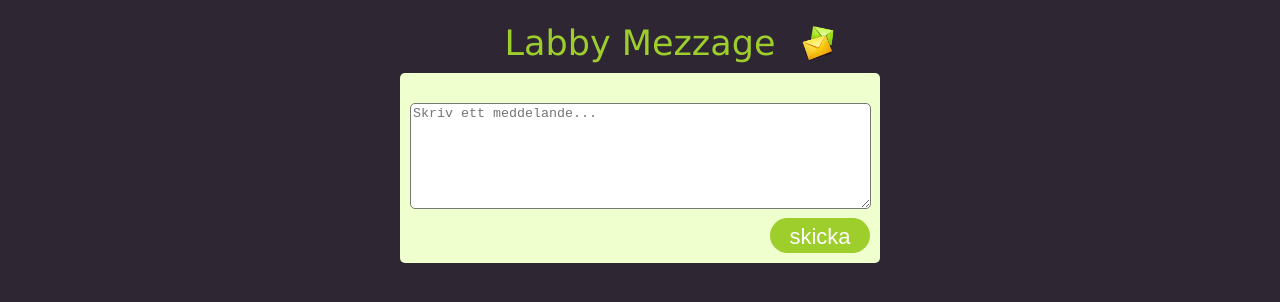
Repository: ad222kr/1dv403-laborationer
Page: 2-labbymezzage/index.html
The author's editor kept a record of every edit. The page is drawn from the files as they stood at one moment, then again after the next edit.
The browser window is 1280 px wide. The pictures show the whole page.

Above is the page before.

### 2-labbymezzage/index.html
<!DOCTYPE HTML>
<html lang="sv">
    <head>
        <meta charset="UTF-8" />
        <title>Laboration 2 - Labby Mezzage!</title>
        <link rel="stylesheet" href="css/style.css" />
        <script src="js/Message.js"></script>
        <script src="js/script.js"></script>
    </head>

    <body>
        <div id ="container">
            <header><h1>Labby Mezzage</h1></header>
            <div id="content">
                <div id="numberofmess"></div>
                <form id="input">
                    <textarea id="textarea" name="textarea" placeholder="Skriv ett meddelande..."></textarea>
                    <button id="button" type="submit"/>skicka</button>
                </div>

                <div id="messages"></div>
            </div>
        </div>
    </body>
</html>

### 2-labbymezzage/css/style.css
body{
    background-color: #2E2633; /* Ändra sen */
    font-family: Verdana, Helvetica;
}

h1{
    color:#9dce2c;

    font-size: 35px;
    font-weight: normal;
}

header{
    background-image: url("pics/logo.png");
    background-size: 35px 35px;
    background-repeat: no-repeat;
    background-position: 90%;
    text-align: center;
    height: 40px;
    line-height: 40px;
    margin-bottom:10px;
}

#container{
    width: 480px;
    margin: 0px auto;
}

#content{
    background: #EFFFCD;
    border-color: #000000;
    padding: 10px;
    border-radius: 5px;
    -webkit-border-radius: 5px;
    -moz-border-radius: 5px;


}

#content textarea{
    width: 455px;
    height: 100px;
    -webkit-border-radius: 5px;
    -moz-border-radius: 5px;
    border-radius: 5px;
    margin-top:20px;
}

#button{
    border: 0px;
	background-color:#9dce2c;
	-webkit-border-top-left-radius:42px;
	-moz-border-radius-topleft:42px;
	border-top-left-radius:42px;
	-webkit-border-top-right-radius:42px;
	-moz-border-radius-topright:42px;
	border-top-right-radius:42px;
	-webkit-border-bottom-right-radius:42px;
	-moz-border-radius-bottomright:42px;
	border-bottom-right-radius:42px;
	-webkit-border-bottom-left-radius:42px;
	-moz-border-radius-bottomleft:42px;
	border-bottom-left-radius:42px;
	display:inline-block;
	color:#ffffff;
	font-size:22px;
	font-weight:normal;
	font-style:normal;
	height:35px;
	line-height:35px;
	width:100px;
	text-decoration:none;
	text-align:center;
	margin-left: 360px;
	margin-top: 5px;
}

#button:hover{
    background:-webkit-gradient( linear, left top, left bottom, color-stop(0.05, #8cb82b), color-stop(1, #9dce2c) );
	background:-moz-linear-gradient( center top, #8cb82b 5%, #9dce2c 100% );
	background-color:#8cb82b;
}

#button:active{
    position: relative;
    top: 1px;
}

### 2-labbymezzage/js/Message.js
"use strict";
function Message(message, date){


    this.getText = function(){
        return message;
    }
    this.setText = function(_text){
        message = _text;
    }
    this.getDate = function(){
        return date;
    }
    this.setDate = function(_date){
        date = _date;
    }
}

Message.prototype.toString = function(){
    return this.getText() +" (" + this.getDate() + " )";
}
Message.prototype.getHTMLtext = function(){
    var htmlText = this.getText();
    return htmlText.replace(/\n/g, "<br />");
}

### 2-labbymezzage/js/script.js
var messsageBoard = {

    messages: [],

    init: function(){
        window.onload;

        var mess = new Message("Hej! \nVad händer?", new Date());
        console.log(mess.getText());
        console.log(mess.getDate());
        console.log(mess.toString());
        console.log(mess.getHTMLtext());
        }
};

messsageBoard.init();

After the next edit:
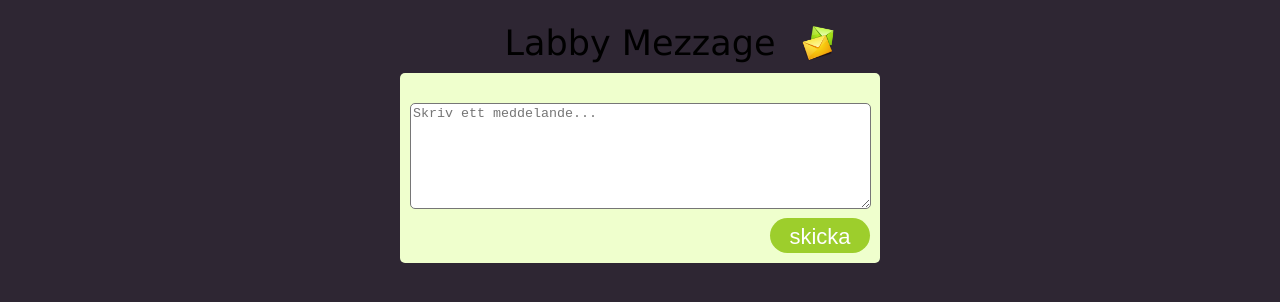
The edit:
--- a/2-labbymezzage/css/style.css
+++ b/2-labbymezzage/css/style.css
@@ -4,7 +4,7 @@
 }
 
 h1{
-    color:#9dce2c;
+
 
     font-size: 35px;
     font-weight: normal;

After the edit that followed:
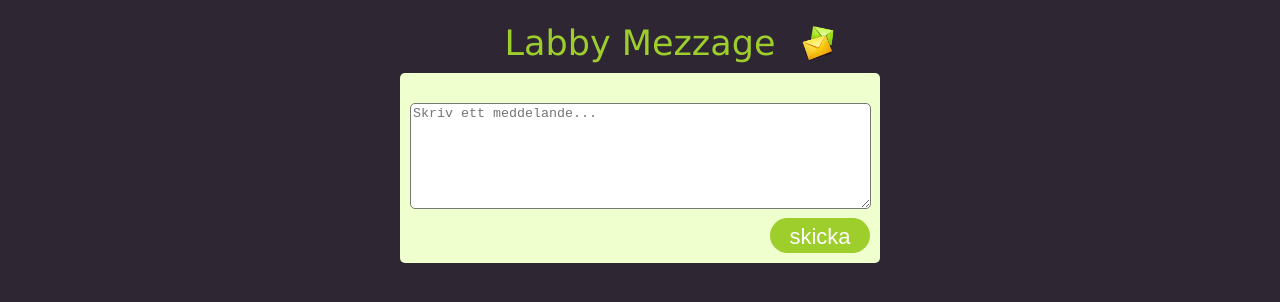
The edit:
--- a/2-labbymezzage/css/style.css
+++ b/2-labbymezzage/css/style.css
@@ -1,6 +1,7 @@
 body{
     background-color: #2E2633; /* Ändra sen */
     font-family: Verdana, Helvetica;
+    color:#9dce2c;
 }
 
 h1{
